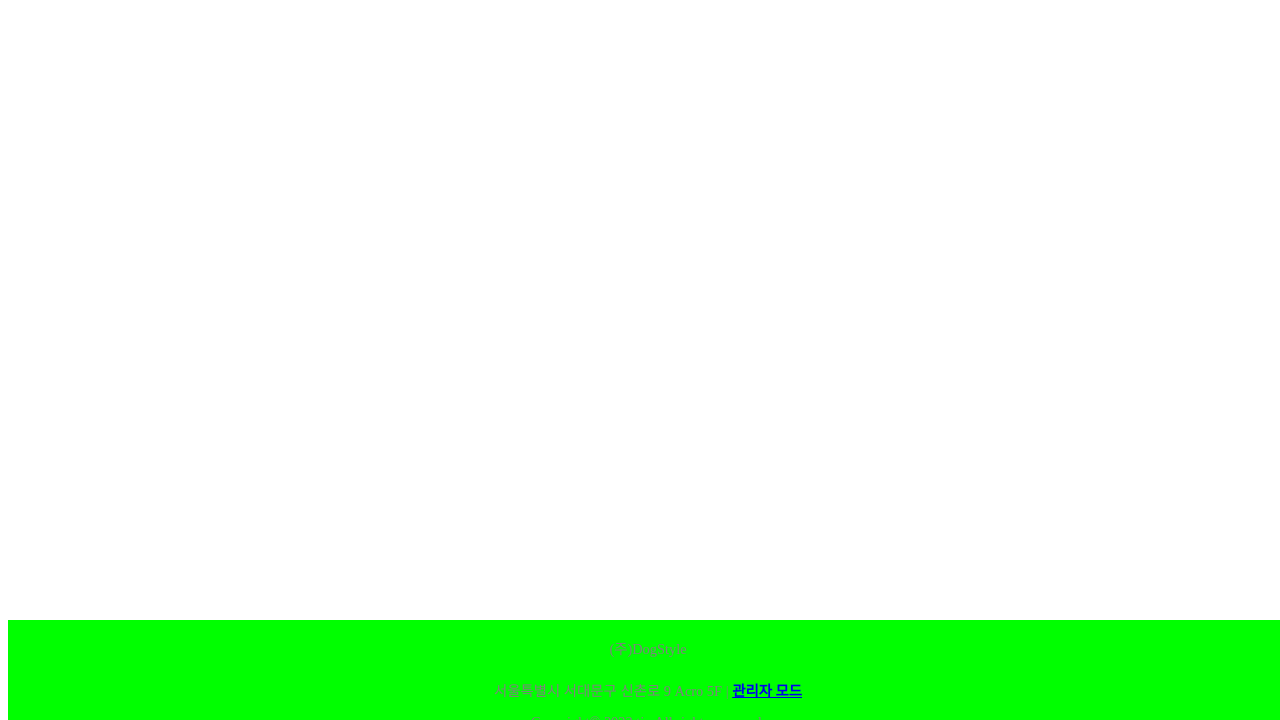
Repository: kdkk2000/Project
Page: http://localhost/petstyle/main/footer.jsp
The author's editor kept a copy of each file at every save. The page is drawn from the files as they stood at one save, then again after the next save.
The browser window is 1280 px wide. The pictures show the whole page.
The page is served by Tomcat 9.

Above is the page before, as saved 2023-03-28 01:26:31.

After the next save:
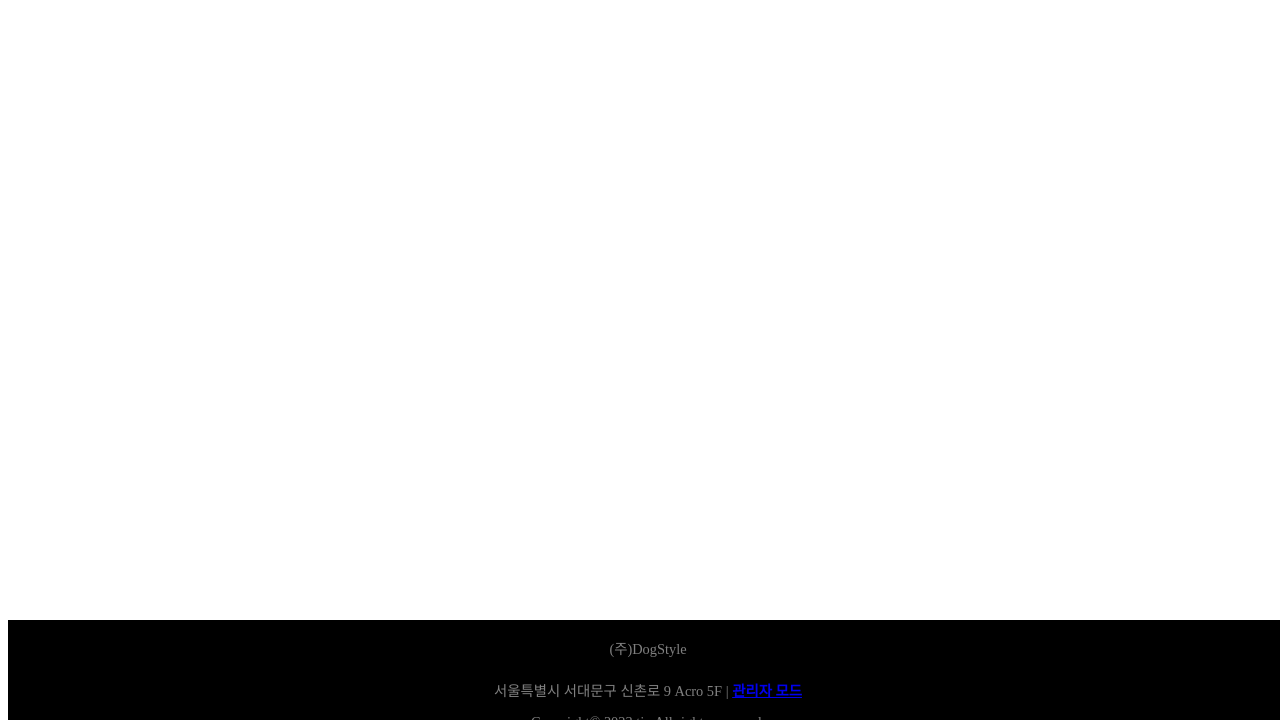
Saved 27 s later.
--- a/petstyle/WebContent/main/footer.jsp
+++ b/petstyle/WebContent/main/footer.jsp
@@ -13,7 +13,7 @@
 		position: fixed;
 		bottom: 0;
 		height: 100px;
-		background-color: lime;
+		background-color: black;
 		width: 100%;
 	}
 
